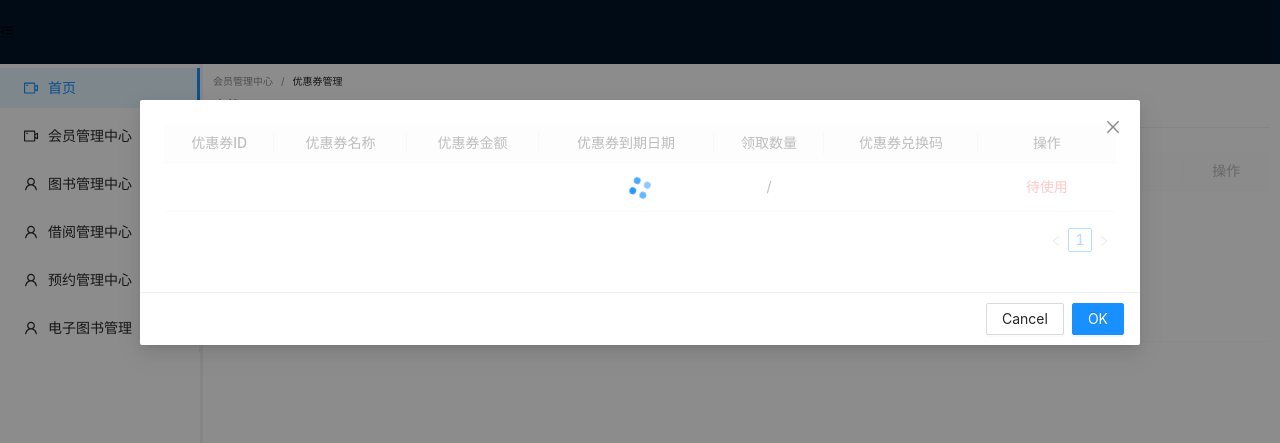
Repository: font-ds/cssy-manage
Page: /vipmanage/vipmanage2
These files come from the project's save history. The page is drawn as it stood at one moment and after the next save; the edit follows.
The browser window is 1280 px wide. The pictures show the whole page.
The page's requests for data from a server got no answer. The project was rebuilt for these pictures with package versions that can differ from the ones it lists, and the page was loaded fresh each time. Some packages were replaced by stand-ins written for this rebuild. No one was signed in, and anything a server would have sent is missing. Also part of the build but not shown: src/pages/auth/vipManage/manage/util.tsx, src/pages/auth/vipManage/manage/index.tsx, src/pages/auth/vipManage/manage/detail/components/util.tsx, src/pages/auth/vipManage/manage/detail/components/appointTable.tsx, src/pages/auth/vipManage/manage/detail/components/leadTable.tsx, src/pages/auth/vipManage/manage/detail/index.scss, src/pages/auth/vipManage/manage/detail/index.tsx, src/utils/use-optimistic-options.tsx and 7 more. Imported but missing from the stored project, and not drawn on this page: src/pages/auth/index/index, src/reportWebVitals, src/store/test.

Above is the page before, as saved 2022-09-14 23:47:28.

### src/App.tsx
import React from 'react';
import {Provider} from 'react-redux'
import {store} from './store/store'
import {
  QueryClient,
  QueryClientProvider,
} from '@tanstack/react-query'
import {BrowserRouter} from 'react-router-dom';
import { ReactQueryDevtools } from '@tanstack/react-query-devtools'
import {FullPageLoading} from './components/fullpage/FullPageLoading';
import './App.scss'

// 代码分割
const AuthComponents=React.lazy(()=>import('./pages/auth'))
const NoAuthComponents=React.lazy(()=>import('./pages/index'))

function App() {
  const queryClient = new QueryClient()
  const user=true
  return (
    <QueryClientProvider client={queryClient}>
      <Provider store={store}>
        <React.Suspense fallback={<FullPageLoading />}>
          <BrowserRouter>
            {user?<AuthComponents />:<NoAuthComponents />}
          </BrowserRouter>
        </React.Suspense>
      </Provider>
      <ReactQueryDevtools initialIsOpen={false}  />
    </QueryClientProvider>
  );
}

export default App;

### src/store/store.tsx
import {configureStore} from '@reduxjs/toolkit';
import testReducer from './test'

export const store=configureStore({
    reducer:{
        test:testReducer
    },

})

export type RootState=ReturnType<typeof store.getState>
export type AppDispatch=typeof store.dispatch

### src/components/fullpage/FullPageLoading.tsx
import { Spin } from "antd";
export const FullPageStyle = {
  height: "100vh",
  display: "flex",
  justifyContent: "center",
  alignItems: "center",
};
export const FullPageLoading = () => {
  return (
    <div style={FullPageStyle}>
      <Spin size={"large"} />
    </div>
  );
};

### src/App.scss
/* 全局样式区域 */
@import '~antd/dist/antd.css';
* {
  margin: 0;
  padding: 0;
}
html{
  font-size: 62.5%;
  min-width: 1200px;
}

### src/pages/auth/index.tsx
import React,{useState} from 'react'
import { Layout, Menu } from 'antd';
import {
  MenuFoldOutlined,
  MenuUnfoldOutlined,
} from '@ant-design/icons';
import Bread from '../../components/bread/bread';
import './index.scss'
import {router} from './router';
import { Route, Routes, useNavigate } from "react-router";
import Inde from './index/index';



const { Header, Sider, Content } = Layout;

export default function Index() {
  const [collapsed, setCollapsed] = useState(false);
  return (
    <Layout style={{minHeight:'100vh'}}>
      <Header className="site-layout-background" style={{ padding: 0 }}>
        {React.createElement(collapsed ? MenuUnfoldOutlined : MenuFoldOutlined, {
          className: 'trigger',
          onClick: () => setCollapsed(!collapsed),
        })}
      </Header>
      <Layout>
        <Sider theme='light' trigger={null} collapsible collapsed={collapsed}>
          <LeftMenu></LeftMenu>
        </Sider>
        <Layout className="site-layout">

          <Content
            className="site-layout-background"
            style={{
              marginLeft:'0.3rem',
              padding: '1rem',
              minHeight: 280,
            }}
          >
            <Bread></Bread>
            <Routes>
              <Route index element={<Inde></Inde>}></Route>
              {router.map(item=>{
                if(item.key==='index') return null
                return <Route key={item.key} path={item.path} element={item.route}></Route>
              })}
            </Routes>
          </Content>
        </Layout>
      </Layout>
    </Layout>
  )
}

const LeftMenu=()=>{
  const navigate = useNavigate();

  return <Menu
    theme="light"
    mode="inline"
    defaultSelectedKeys={['']}
    items={router}
    onClick={e=>{
      const path=e.keyPath.reverse().join('/')
      console.log(path)
      navigate(path)
  }}
  />
}

### src/components/bread/bread.tsx
import { Breadcrumb, Col, Row } from "antd";
import { Link, useLocation } from "react-router-dom";
import { breadcrumbRouterNameMap } from "./router";
const Bread = () => {
  const location = useLocation();

  const pathSnippets = location.pathname.split("/").filter((i) => i);
  const extraBreadcrumbItems = pathSnippets.map((_, index) => {
    const url = `${pathSnippets.slice(0, index + 1).join("/")}`;
    return (
      <Breadcrumb.Item key={url}>
        {index > 0 ? (
          <Link style={{fontSize:'1rem'}} to={url}>{breadcrumbRouterNameMap[url]}</Link>
        ) : (
          <>{breadcrumbRouterNameMap[url]}</>
        )}
      </Breadcrumb.Item>
    );
  });
  let breadcrumbItems: any = [];
  //如果不存在一级路由的话
  if (
    !extraBreadcrumbItems.length ||
    extraBreadcrumbItems[0].key === "changePwd"
  ) {
    breadcrumbItems = [
      <Breadcrumb.Item key='home'>
        <Link style={{fontSize:'1rem'}} to='/'>首页</Link>
      </Breadcrumb.Item>,
      ...extraBreadcrumbItems,
    ];
  } else {
    breadcrumbItems = extraBreadcrumbItems;
  }

  //如果其父path为数组里元素，或者路由等级小于三级，则该页不显示回退按钮

  return (
    <Row align='middle' justify='space-between' style={{marginBottom:'0.5rem'}}>
      <Col>
        <Breadcrumb  style={{fontSize:'1rem'}} separator='/'>{breadcrumbItems}</Breadcrumb>
      </Col>
      {/* {showHistoryBack() && (
        <Col>
          <Button type='link' onClick={historyBack}>
            返回上一级
          </Button>
        </Col>
      )} */}
    </Row>
  );
};
export default Bread;

### src/pages/auth/index.scss
#components-layout-demo-custom-trigger .trigger {
    padding: 0 24px;
    font-size: 18px;
    line-height: 64px;
    cursor: pointer;
    transition: color 0.3s;
  }

  #components-layout-demo-custom-trigger .trigger:hover {
    color: #1890ff;
  }

  #components-layout-demo-custom-trigger .logo {
    height: 32px;
    margin: 16px;
    background: rgba(255, 255, 255, 0.3);
  }

  .site-layout .site-layout-background {
    background: #fff;
  }

### src/pages/auth/router.tsx
import React from 'react'
import VipManage from './vipManage/index';
import BookMange from './bookManage/index'
import AppointManage from './appointManege/index'
import LeadManage from './leadManage/index'
import OnlineManage from './onlineManage/index'
import Index from './index/index';
import {

    UserOutlined,
    VideoCameraOutlined,
  } from '@ant-design/icons';

export const router=[
    {
        key:"",
        icon:<VideoCameraOutlined/>,
        label:'首页',
        route:<Index />,
    },
    {
        key:'vipmanage',
        icon:<VideoCameraOutlined/>,
        label:'会员管理中心',
        path:'vipmanage/*',
        route:<VipManage />,
        children:[
            {label:'会员账号管理',key:'vipmanage1'},
            {label:'优惠券管理',key:'vipmanage2'},
        ]
    },
    {
        key:'bookmanage',
        icon:<UserOutlined/>,
        label:'图书管理中心',
        path:'bookmanage/*',
        route:<BookMange />,
        children:[
            {label:'图书管理列表',key:'bookmanage1'},
            {label:'图书添加操作',key:'bookmanage2'}
        ]
    },
    {
        key:'leadmanage',
        icon:<UserOutlined/>,
        label:'借阅管理中心',
        path:'leadmanage/*',
        route:<LeadManage />,
        children:[
            {label:'借阅管理列表',key:'leadmanage1'},
            {label:'快捷借阅操作',key:'leadmanage2'}
        ]
    },
    {
        key:'appointmanage',
        icon:<UserOutlined/>,
        label:'预约管理中心',
        path:'appointmanage/*',
        route:<AppointManage />,
        children:[
            {label:'预约管理列表',key:'appointmanage1'},
            {label:'预约内容设置',key:'appointmanage2'},
            {label:'金牌讲师设置',key:'appointmanage3'}
        ]
    },
    {
        key:'onlinemanage',
        icon:<UserOutlined/>,
        label:'电子图书管理',
        path:'onlinemanage/*',
        route:<OnlineManage />,

    },
]

### src/components/bread/router.tsx
export const breadcrumbRouterNameMap: any = {
    "": "首页",
    vipmanage: "会员管理中心",
    'vipmanage/vipmanage1': "会员账号管理",
    'vipmanage/vipmanage1/detail': "会员详情",
    'vipmanage/vipmanage1/add': "新增会员",
    "vipmanage/vipmanage2": "优惠券管理",
    bookmanage:'图书管理中心',
    'bookmanage/bookmanage1': "图书管理列表",
    "bookmanage/bookmanage2": "图书添加操作",
    leadmanage:'借阅管理中心',
    'leadmanage/leadmanage1': "借阅管理列表",
    "leadmanage/leadmanage2": "快捷借阅操作",
    appointmanage:'预约管理中心',
    'appointmanage/appointmanage1': "借阅管理列表",
    "appointmanage/appointmanage2": "快捷借阅操作",
    "appointmanage/appointmanage3": "快捷借阅操作",
    onlinemanage:'电子图书管理'
}

### src/pages/auth/vipManage/index.tsx
import React from 'react'
import { Route, Routes } from "react-router";
import Coupon from './coupon/index'
import Manage from './manage/index'
import Detail from './manage/detail/index';
import Add from './manage/add/index'


export default function Index() {
  return (
    <Routes>
      <Route
        path={"vipmanage1"}
        element={<Manage />}
      >
      </Route>
      <Route
        path={"vipmanage1/detail"}
        element={<Detail />}
      >
      </Route>
      <Route
        path={"vipmanage1/add"}
        element={<Add />}
      >
      </Route>
      <Route
        path={"vipmanage2"}
        element={<Coupon />}
      ></Route>

    </Routes>
  )
}

### src/utils/http.tsx
import React from 'react'
import qs from 'qs'
import {cleanObject} from './util'
import { message } from "antd";

interface fetchType extends RequestInit{
    token?:string
    data?:Object
    form?: boolean;
}

export const apiUrl = ''

export const request=async(url:string,{data,token,headers,...fetchConfig}:fetchType={})=>{
    const config = {
        method: "GET",
        headers: {
          token: token ? token : "",
          "Content-Type": data ? "application/json" : "",
        },
        form: false,
        ...fetchConfig,
      };

    if(config.method.toUpperCase() === 'GET'){
        url += `?${qs.stringify(data)}`
    }
    else if(!config.form){
        config.body = JSON.stringify(cleanObject(data))
    }
    else {
        config.headers["Content-Type"] = "application/x-www-form-urlencoded";
        config.body = qs.stringify(data);
    }
    return fetch(apiUrl+url, config)
    .then(async response =>{
        if(response.status === 500) return message.error('服务出错,请联系管理员')
        const res = await response.json()
        if (response.ok) {
            // if (res.code != "200") {
            //   message.error(res.msg || "服务错误，请联系管理员");
            //   return Promise.reject(res);
            // }
            // try {
            //   return JSON.parse(res.data);
            // } catch (e) {
            //   //如果JSON解析失败，则直接返回文本
            //   return res.data;
            // }
            return res
        }
        else {
            return Promise.reject(data);
        }
    })
}

export const useRequest = () =>{
    const token = localStorage.getItem('token')
    return React.useCallback((...[url, fetchConfig]: Parameters<typeof request>)=>{
        request(url,{...fetchConfig, token:token as string})
    },[token])
}

### src/pages/auth/vipManage/coupon/index.tsx
import React from 'react'
import {Table,Button,Divider} from 'antd'
import {useGetCouponRecord} from './util';
import {couponRecord} from '../../../../type/type';
import CouponModal from './couponModal/index';

export default function Index() {
  // 获取数据
  const {isLoading,data:coupons}=useGetCouponRecord()

  return (
  <div className='coupon'>
    <div>
      查找
    </div>
    <Divider style={{marginTop:'1rem'}}></Divider>
    <Table
        loading={isLoading}
        size='small'
        rowKey={"coupon_id"}
        columns={[
          {
            title: "优惠券ID",
            align:'center',
            dataIndex: "coupon_id",
          },
          {
            title: "所属会员",
            dataIndex: "vip_name",
            align:'center',
          },
          {
            title: "会员手机",
            dataIndex: "phone",
            align:'center',
          },
          {
            title: "优惠券名称",
            dataIndex: "coupon_name",
            align:'center',
          },
          {
            title: "优惠金额",
            dataIndex: "amount",
            align:'center',
          },
          {
            title: "优惠券到期日期",
            dataIndex: "expired_date",
            align:'center',
          },
          {
            title: "操作",
            align:'center',
            render(value:couponRecord) {
              return (
                <>
                  <Button type='link' danger onClick={() => {console.log('删除',value)}}>
                    待使用
                  </Button>
                </>
              );
            },
          },
        ]}
        dataSource={coupons}
        // onChange={(v: PaginationProps) => {
        //   setPagination(v);
        // }}
      />
      <CouponModal></CouponModal>
    </div>
  )
}

### src/utils/util.tsx
export const isVoid = (value: unknown) =>
  value === undefined || value === null || value === "";
export const cleanObject = (object?: { [key: string]: unknown } | {}) => {
    // Object.assign({}, object)
    //如果传入数组则直接返回
    if (object instanceof Array) return object;
    if (!object) {
      return {};
    }
    const result = { ...object };
    Object.keys(result).forEach((key) => {
      const value = result[key];
      if (isVoid(value)) {
        delete result[key];
      }
    });
    return result;
  };

### src/pages/auth/vipManage/coupon/util.tsx
import {useQuery} from '@tanstack/react-query';
import {request} from '../../../../utils/http';

const getCouponRecord=()=>{
    return request('http://127.0.0.1:4523/m1/1513755-0-default/back/vip/issue')
}

export const useGetCouponRecord=()=>{
    return useQuery(['vipmanage','couponRecord'],async ()=>{
        const res=await getCouponRecord()
        return res.data
    })
}

### src/pages/auth/vipManage/coupon/couponModal/index.tsx
import React,{useState} from 'react'
import {Modal,Table,Button} from 'antd'
import {useGetCouponList} from './util';
import {coupon} from '../../../../../type/type';

export default function Index() {
    const [visible,setVisible]=useState(true)
    const {isLoading,data:couponList}=useGetCouponList()
    console.log(111,couponList)
  return (
    <Modal width={1000} visible={visible}>
        <Table
            loading={isLoading}
            size='small'
            pagination={{pageSize:1}}
            rowKey={"coupon_id"}
            columns={[
              {
                title: "优惠券ID",
                align:'center',
                dataIndex: "coupon_id",
              },
              {
                title: "优惠券名称",
                dataIndex: "coupon_name",
                align:'center',
              },
              {
                title: "优惠券金额",
                dataIndex: "amount",
                align:'center',
              },
              {
                title: "优惠券到期日期",
                dataIndex: "expired_date",
                align:'center',
              },
              {
                title: "领取数量",
                align:'center',
                render(value:coupon) {
                    return <>
                        {value?.issued}/{value?.max}
                    </>
                }
              },
              {
                title: "优惠券兑换码",
                dataIndex: "amount",
                align:'center',
              },
              {
                title: "操作",
                align:'center',
                render(value:coupon) {
                  return (
                    <>
                      <Button type='link' danger onClick={() => {console.log('删除',value)}}>
                        待使用
                      </Button>
                    </>
                  );
                },
              },
            ]}
            dataSource={[couponList]}
        />
    </Modal>
    // <></>
  )
}

### src/pages/auth/vipManage/coupon/couponModal/util.tsx
import {request} from '../../../../../utils/http';
import {useQuery} from '@tanstack/react-query';

const getCouponList=()=>{
    return request('http://127.0.0.1:4523/m1/1513755-0-default/back/vip/coupon')
}

export const useGetCouponList=()=>{
    return useQuery(['vipmanage','couponlist'],async ()=>{
        const res=await getCouponList()
        return res.data
    })
}

Loaded but not shown: public/index.html (common file); src/index.tsx (common file)

After the next save:
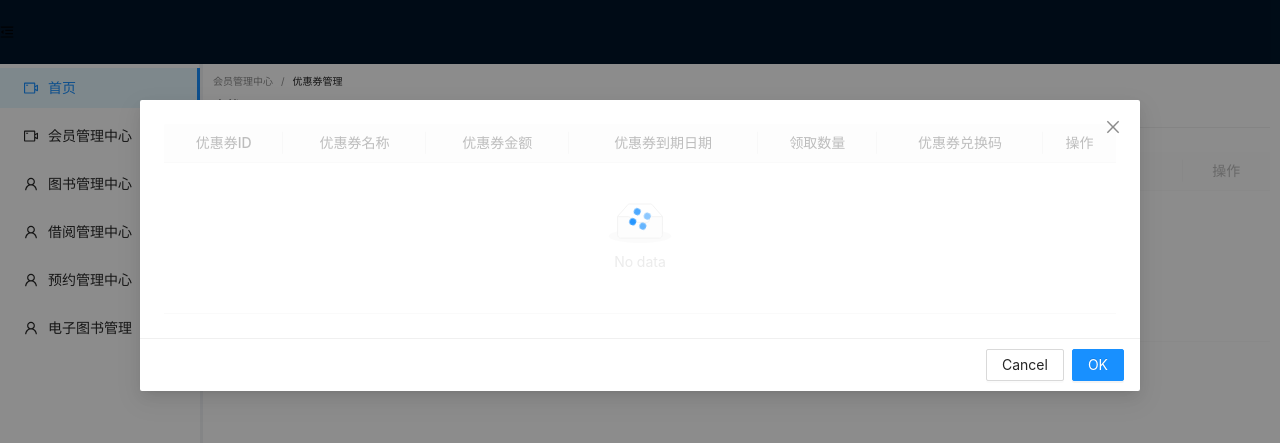
Saved 51 s later.
--- a/src/pages/auth/vipManage/coupon/couponModal/index.tsx
+++ b/src/pages/auth/vipManage/coupon/couponModal/index.tsx
@@ -63,7 +63,7 @@ export default function Index() {
                 },
               },
             ]}
-            dataSource={[couponList]}
+            dataSource={couponList}
         />
     </Modal>
     // <></>
